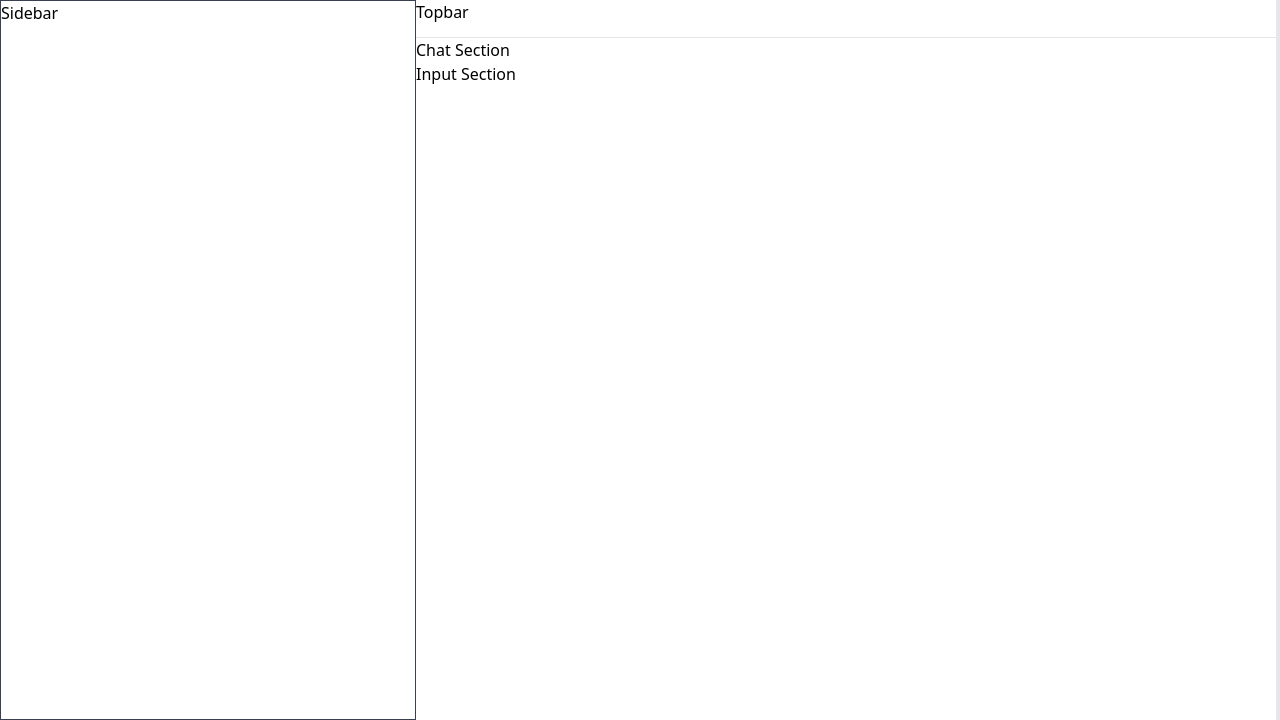
Repository: Qu4ntumGuy/telegram-clone
Page: /
An editor plug-in stored every save of this project. The page is shown before and after the next save, followed by the edit.
The browser window is 1280 px wide. The pictures show the whole page.
The project was rebuilt for these pictures with package versions that can differ from the ones it lists, and the page was loaded fresh each time. Also part of the build but not shown: src/Utils/ContextProvider.js.

Above is the page before, as saved 2024-07-15 11:02:16.

### src/App.js
import { Routes, BowserRouter, Route } from "react-router-dom";
import Sidebar from "./Components/Sidebar";
import Home from "./Pages/Home/Home";

function App() {
  return (
    <div className="flex max-w-[105rem] mx-auto">
      <Sidebar />

      <Home />
    </div>
  );
}

export default App;

### src/Components/Sidebar.js
import React from "react";
import { useComponentContext } from "../Utils/ContextProvider";

function Sidebar() {
  const context = useComponentContext();
  return (
    <div className="min-w-[26rem] border border-gray-700 h-screen">Sidebar</div>
  );
}

export default Sidebar;

### src/Pages/Home/Home.js
import React from "react";

function Home() {
  return (
    <div className="flex flex-col justify-center h-screen border-r-4 w-full">
      <div className="top-0 mb-auto h-10 border-b">Topbar</div>
      <div className="h-full">
        <div className="">Chat Section</div>
        <div className="bottom-0 mt-auto">Input Section</div>
      </div>
    </div>
  );
}

export default Home;

Loaded but not shown: public/index.html (common file); src/index.js (common file); src/index.css (common file); src/reportWebVitals.js (common file); tailwind.config.js (common file)

After the next save:
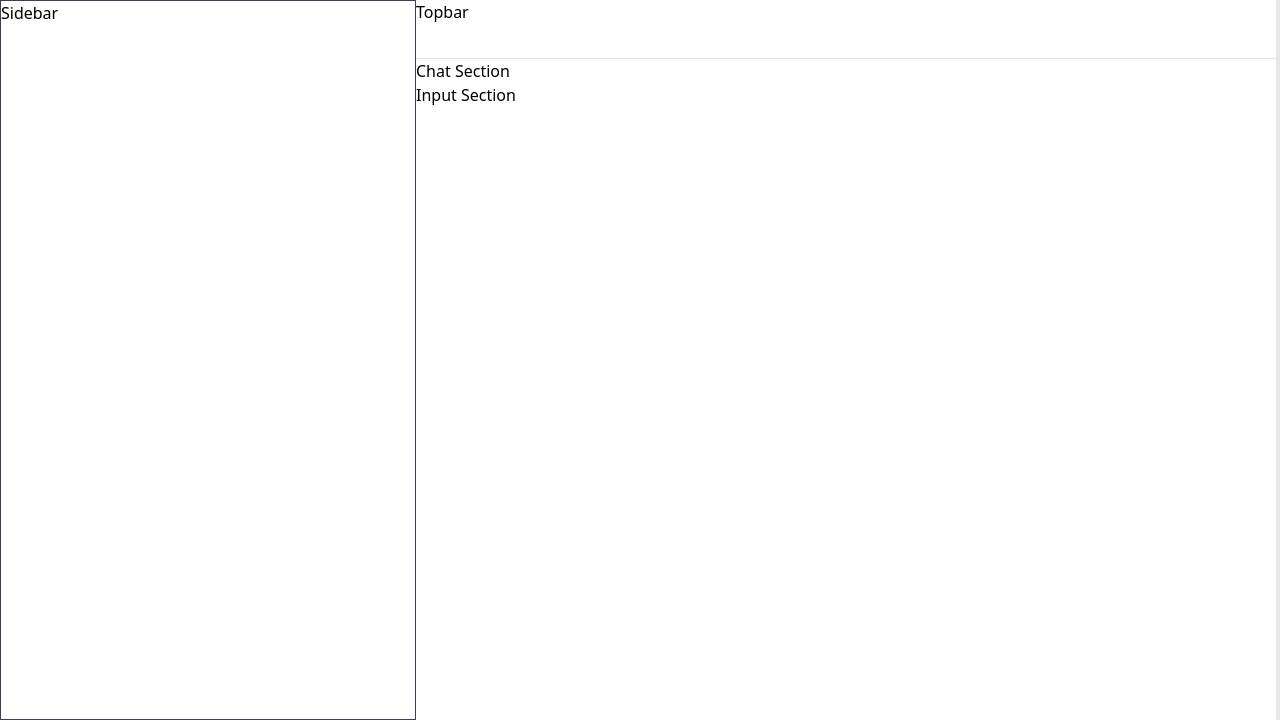
Saved 5 s later.
--- a/src/Pages/Home/Home.js
+++ b/src/Pages/Home/Home.js
@@ -3,7 +3,7 @@ import React from "react";
 function Home() {
   return (
     <div className="flex flex-col justify-center h-screen border-r-4 w-full">
-      <div className="top-0 mb-auto h-10 border-b">Topbar</div>
+      <div className="top-0 mb-auto h-16 border-b">Topbar</div>
       <div className="h-full">
         <div className="">Chat Section</div>
         <div className="bottom-0 mt-auto">Input Section</div>
